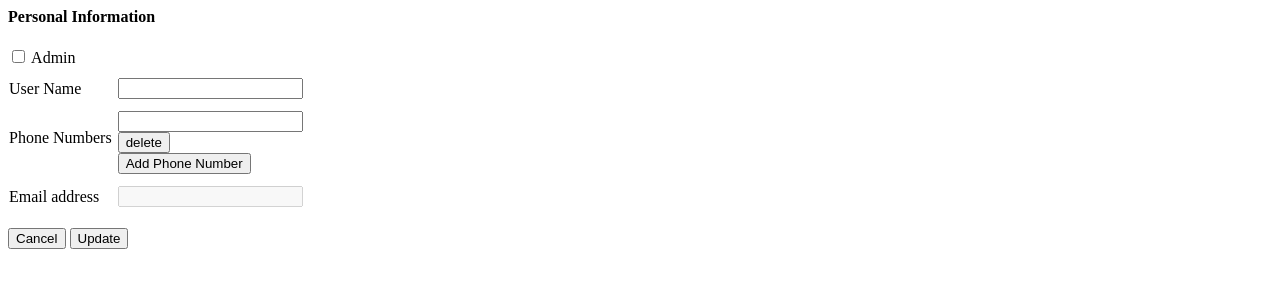
Repository: XiaChen2016/expense-tracker
Page: ExpenseTracker/src/main/resources/static/resources/views/editUser.html
The author's editor kept a copy of each file at every save. The page is drawn from the files as they stood at one save, then again after a run of saves.
The browser window is 1280 px wide. The pictures show the whole page.

Above is the page before, as saved 2017-05-12 04:03:10.

### ExpenseTracker/src/main/resources/static/resources/views/editUser.html

<div  class="modal-dialog" role="dialog">
    <div class="modal-content">
    	<div class="modal-header">
	        <h4 class="modal-title">Personal Information</h4>
    	</div>

    	<div class="modal-body">
	      	<table class="profileTable" style="border-collapse:separate; border-spacing:0px 10px;">

		      	<tr>
		      		<td>User Name</td>
		      		<td><input type="text" class="form-control" ng-model="newUserName"></td>
		      	</tr>
		      	<tr>
		      		<td><p style="margin-top:-10px;">Phone Numbers&nbsp;</p></td>
		      		<td>
              	  <div ng-repeat = "phone in newPhoneNumber track by $index">
              	  	<div class="input-group">
                      <input type="text" class="form-control" ng-model="newPhoneNumber[$index]">
                      <div class="input-group-btn">
                      <button ng-click="PN.del($index)" class="btn btn-danger">delete</button>
                      </div>
                    </div>
                  </div>
                  <button type = "button" class="btn btn-info" ng-click="PN.add()">Add Phone Number</button>
              </td>

		      	</tr>
		      	<tr>
		      		<td>Email address</td>
		      		<td><input type="text" class="form-control" ng-model="newEmailAddress" disabled="disabled">
								<p id = "errorMessage" style="color:red; display:none " >Invalid Address</p>
							</td>
		      	</tr>
						<tr>
						<div class="checkbox">
					        <label>
					          <input type="checkbox" ng-model="newUserType">  Admin
					        </label>
					  </div>
						</tr>
	      	</table>


    	</div>
	<div class="modal-footer">
				<button type="button" class="btn btn-warning" ng-click="cancel()">Cancel</button>
        <button type="button" class="btn btn-primary" ng-click="confirmEditUser()">Update</button>
    </div>
  </div>
</div>

After the next 2 saves:
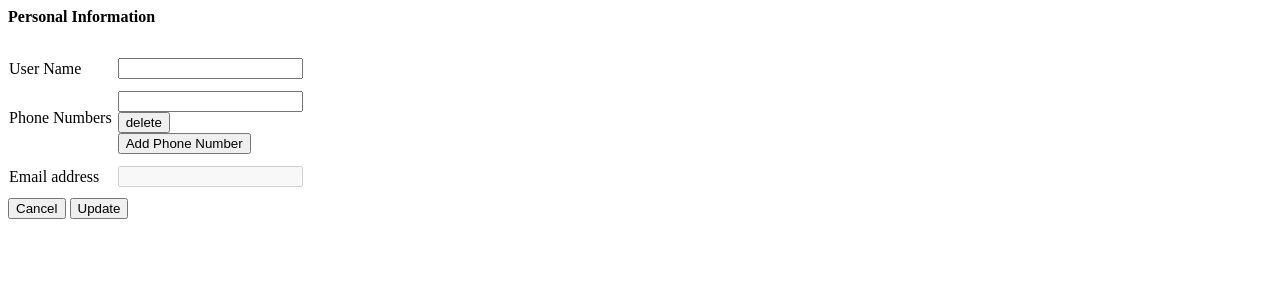
The 2 saves are shown as one change because they came seconds apart.
The last was saved 33 min 57 s later.
--- a/ExpenseTracker/src/main/resources/static/resources/views/editUser.html
+++ b/ExpenseTracker/src/main/resources/static/resources/views/editUser.html
@@ -33,16 +33,7 @@
 								<p id = "errorMessage" style="color:red; display:none " >Invalid Address</p>
 							</td>
 		      	</tr>
-						<tr>
-						<div class="checkbox">
-					        <label>
-					          <input type="checkbox" ng-model="newUserType">  Admin
-					        </label>
-					  </div>
-						</tr>
 	      	</table>
-
-
     	</div>
 	<div class="modal-footer">
 				<button type="button" class="btn btn-warning" ng-click="cancel()">Cancel</button>
